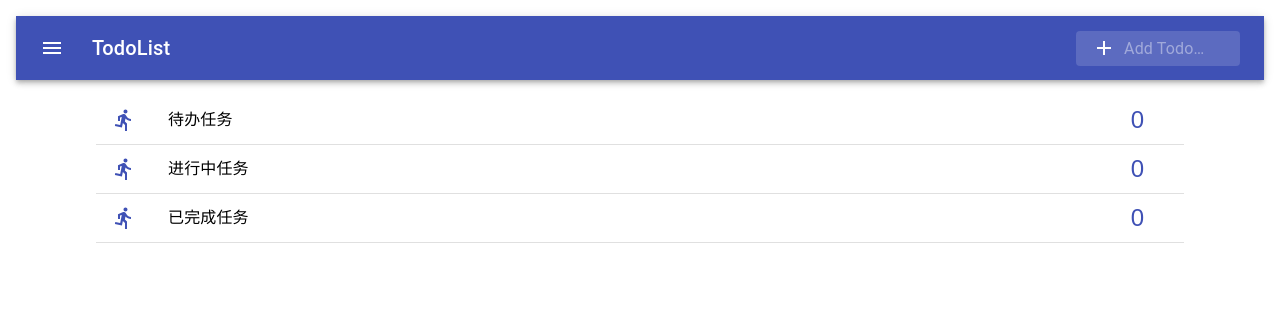
Repository: harperl71/TodoList
Page: /
The author's editor kept a copy of each file at every save. The page is drawn from the files as they stood at one save, then again after the next save.
The browser window is 1280 px wide. The pictures show the whole page.
The project was rebuilt for these pictures with package versions that can differ from the ones it lists, and the page was loaded fresh each time. Also part of the build but not shown: src/components/content/task-item/index.tsx.

Above is the page before, as saved 2021-05-21 09:46:46.

### src/App.tsx
import React from "react";
import Header from "./components/header";
import Content from "./components/content";
import Footer from "./components/footer";
import Myprovider from "./context";

function App() {
  return (
    <div className="APP">
      <Myprovider>
        <Header />
        <Content />
        <Footer />
      </Myprovider>
    </div>
  );
}

export default App;

### src/components/header/index.tsx
import React, { useContext } from "react";
import { MyContext } from "../../context";
import AppBar from "@material-ui/core/AppBar";
import Toolbar from "@material-ui/core/Toolbar";
import IconButton from "@material-ui/core/IconButton";
import Typography from "@material-ui/core/Typography";
import InputBase from "@material-ui/core/InputBase";
import { makeStyles, fade } from "@material-ui/core/styles";
import MenuIcon from "@material-ui/icons/Menu";
import AddIcon from "@material-ui/icons/Add";

const useStyles = makeStyles((theme) => ({
  header: {
    margin: theme.spacing(2),
    justifyContent: "space-between",
  },
  listButton: {
    marginRight: theme.spacing(2),
  },
  title: {
    flexGrow: 1,
    display: "none",
    [theme.breakpoints.up("sm")]: {
      display: "block",
    },
  },
  search: {
    position: "relative",
    borderRadius: theme.shape.borderRadius,
    backgroundColor: fade(theme.palette.common.white, 0.15),
    "&:hover": {
      backgroundColor: fade(theme.palette.common.white, 0.25),
    },
    marginLeft: 0,
    width: "100%",
    [theme.breakpoints.up("sm")]: {
      marginLeft: theme.spacing(1),
      width: "auto",
    },
  },
  addIcon: {
    padding: theme.spacing(0, 2),
    height: "100%",
    position: "absolute",
    pointerEvents: "none",
    display: "flex",
    alignItems: "center",
    justifyContent: "center",
  },
  inputRoot: {
    color: "inherit",
  },
  inputInput: {
    padding: theme.spacing(1, 1, 1, 0),
    // vertical padding + font size from searchIcon
    paddingLeft: `calc(1em + ${theme.spacing(4)}px)`,
    transition: theme.transitions.create("width"),
    width: "100%",
    [theme.breakpoints.up("sm")]: {
      width: "12ch",
      "&:focus": {
        width: "20ch",
      },
    },
  },
}));

export default function SearchAppBar() {
  const classes = useStyles();
  const { Add } = useContext(MyContext);

  const enterPress = (evt: React.SyntheticEvent) => {
    if (
      (evt as KeyboardEventInit).code === "Enter" &&
      (evt.target as HTMLInputElement).value !== ""
    ) {
      Add((evt.target as HTMLInputElement).value);
      (evt.target as HTMLInputElement).value = "";
    }
  };

  return (
    <div className={classes.header}>
      <AppBar position="static">
        <Toolbar>
          <IconButton
            edge="start"
            className={classes.listButton}
            color="inherit"
            aria-label="open drawer"
          >
            <MenuIcon />
          </IconButton>
          <Typography className={classes.title} variant="h6" noWrap>
            TodoList
          </Typography>
          <div className={classes.search}>
            <div className={classes.addIcon}>
              <AddIcon />
            </div>
            <InputBase
              placeholder="Add Todo…"
              required
              classes={{
                root: classes.inputRoot,
                input: classes.inputInput,
              }}
              onKeyPress={enterPress}
            />
          </div>
        </Toolbar>
      </AppBar>
    </div>
  );
}

### src/components/content/index.tsx
import React, { Fragment } from "react";
import TaskList from "./task-list";
import { makeStyles } from "@material-ui/core";

const useStyles = makeStyles((theme) => ({
  content: {
    margin: theme.spacing(0, 6),
    justifyContent: "center",
  },
}));

const Content = () => {
  const classes = useStyles();
  return (
    <div className={classes.content}>
      <Fragment>
        <TaskList title="待办任务" status="todo" />
        <TaskList title="进行中任务" status="doing" />
        <TaskList title="已完成任务" status="done" />
      </Fragment>
    </div>
  );
};

export default Content;

### src/components/footer/index.tsx
import React from "react";

const Footer = () => {
  return <div className="footer"></div>;
};

export default Footer;

### src/context/index.tsx
import React, { createContext, useState } from "react";

export interface TodoProps {
  id: number;
  text: string;
  status: string;
}

export interface ContextProps {
  todoList: TodoProps[];
  Add: (item: string) => void;
  Delete: (id: number) => void;
  Remove: (index: number, status: string) => void;
  Clear: () => void;
}

export const MyContext = createContext({} as ContextProps);

const Myprovider = (props: React.PropsWithChildren<{}>) => {
  const [todoList, setList] = useState<TodoProps[]>([]);

  const Add = (item: string) => {
    const listItem = {
      id: new Date().getTime(),
      text: item,
      status: "todo",
    };
    setList([...todoList, listItem]);
  };
  //console.log(...todoList);

  const Delete = (id: number) => {
    setList(todoList.filter((item) => item.id !== id));
  };

  const Remove = (index: number, status: string) => {
    if (status === "todo") {
      const listItem = Object.assign({}, todoList[index], {
        status: "doing",
      });
      const list = todoList.splice(index, 1);
      setList([...list, listItem]);
    }
    if (status === "doing") {
      const listItem = Object.assign({}, todoList[index], {
        status: "done",
      });
      const list = todoList.splice(index, 1);
      setList([...list, listItem]);
    }
  };

  const Clear = () => setList([]);

  return (
    <MyContext.Provider value={{ todoList, Add, Delete, Remove, Clear }}>
      {props.children}
    </MyContext.Provider>
  );
};

export default Myprovider;

### src/components/content/task-list/index.tsx
import React, { useContext } from "react";
import TaskItem from "../task-item";
import { MyContext } from "../../../context";
import {
  makeStyles,
  List,
  ListItem,
  ListItemIcon,
  ListItemText,
  Divider,
  IconButton,
} from "@material-ui/core";
import DirectionsRunIcon from "@material-ui/icons/DirectionsRun";

const useStyles = makeStyles((theme) => ({
  list: {
    margin: theme.spacing(0, 6),
    justifyContent: "space-between",
    padding: 0,
  },
  listTitle: {
    justifyContent: "center",
  },
  listnum: {
    marginRight: theme.spacing(3),
    padding: 0,
    color: "secondary",
  },
}));

interface Iprops {
  title: string;
  status: string;
}

const TaskList = ({ title, status }: Iprops) => {
  const classes = useStyles();

  const { todoList } = useContext(MyContext);
  //console.log(todoList);

  return (
    <List
      className={classes.list}
      component="nav"
      aria-label="main mailbox folders"
    >
      <ListItem className="ListHeader" button>
        <ListItemIcon>
          <DirectionsRunIcon color="primary" />
        </ListItemIcon>
        <ListItemText primary={title} />
        <IconButton
          className={classes.listnum}
          color="primary"
          aria-label="list-num"
        >
          {
            todoList.filter((item) => {
              return item.status === status;
            }).length
          }
        </IconButton>
      </ListItem>
      <section className={title}>
        {todoList
          .filter((item) => {
            return item.status === status;
          })
          .map((item) => {
            return <TaskItem />;
          })}
      </section>
      <Divider />
    </List>
  );
};

export default TaskList;

Loaded but not shown: public/index.html (common file); src/index.tsx (common file); src/index.css (common file); src/reportWebVitals.ts (common file)

After the next save:
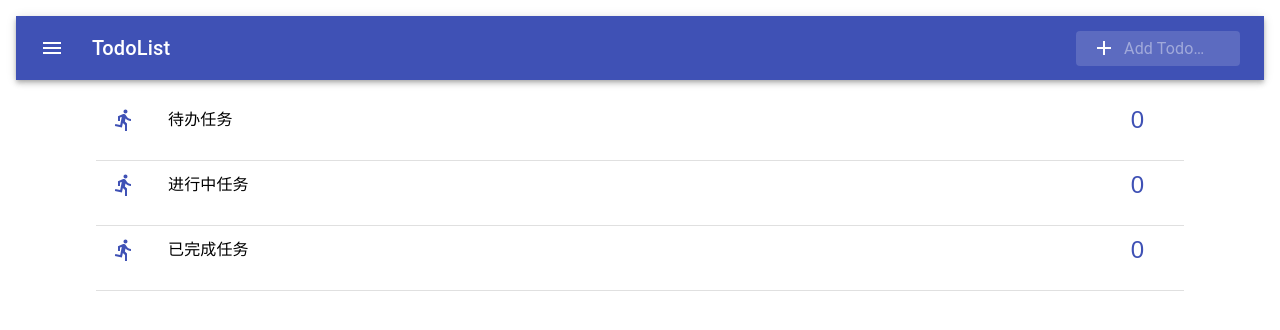
Saved 85 s later.
--- a/src/components/content/task-list/index.tsx
+++ b/src/components/content/task-list/index.tsx
@@ -62,7 +62,7 @@ const TaskList = ({ title, status }: Iprops) => {
           }
         </IconButton>
       </ListItem>
-      <section className={title}>
+      <List className={title}>
         {todoList
           .filter((item) => {
             return item.status === status;
@@ -70,7 +70,7 @@ const TaskList = ({ title, status }: Iprops) => {
           .map((item) => {
             return <TaskItem />;
           })}
-      </section>
+      </List>
       <Divider />
     </List>
   );
